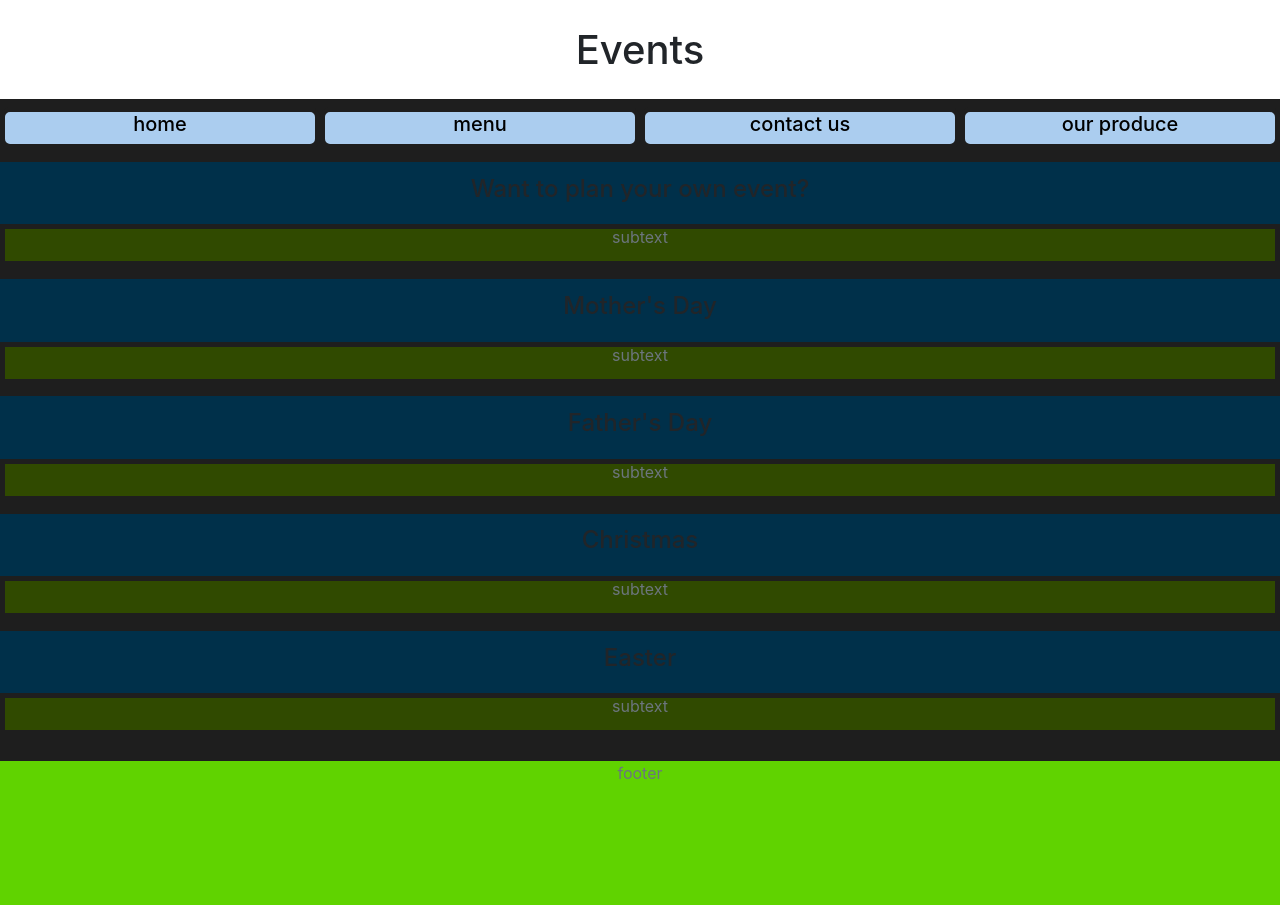
Repository: Code-Institute-Submissions/JamesLStudent-Milestone_One
Page: events.html
The author's editor kept a record of every edit. The page is drawn from the files as they stood at one moment, then again after the next edit.
The browser window is 1280 px wide. The pictures show the whole page.

Above is the page before.
Console error: TypeError: Cannot read properties of undefined (reading 'fn')

After the next edit:
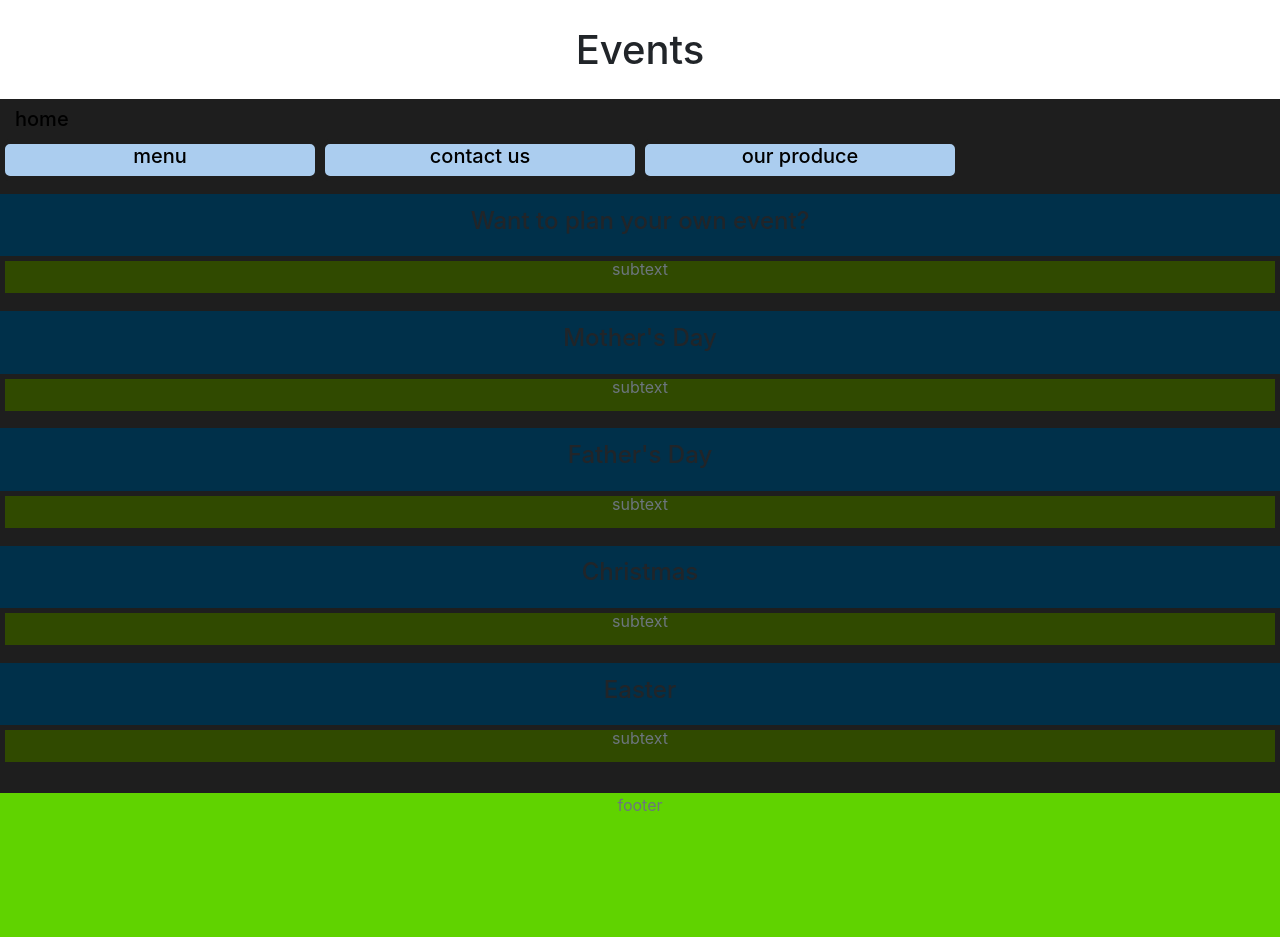
The edit:
--- a/events.html
+++ b/events.html
@@ -15,8 +15,8 @@
     <div class="h1-box">
     <h1>Events</h1>
     </div>
-    <a href="Index.html">
-        <div class="col-6 col-md-12 col-lg-3 a black-text">
+    <a href="index.html">
+        <div class="col-6 col-md-12 col-lg-3 navigation-item black-text">
             <h5>home</h5>
         </div>
     </a>
